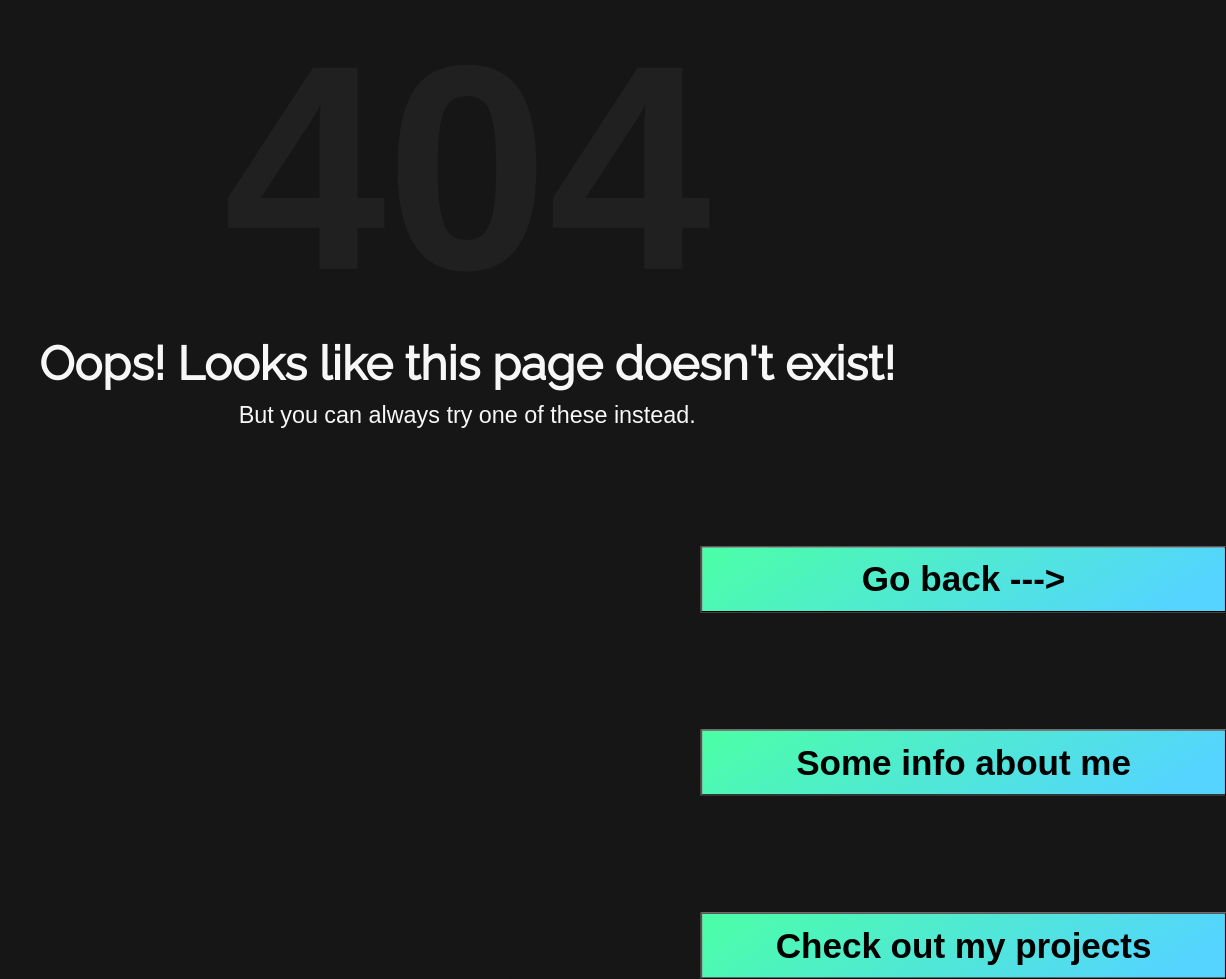
Repository: TeeJaysDev/Portfolio
Page: 404.html
These files come from the project's save history. The page is drawn as it stood at one moment and after a run of saves; the edit follows.
The browser window is 1280 px wide. The page is 1680 px wide, then 1280 px, so the pictures cover 1680 px, including what lies to the right of the window. The pictures show the whole page, at 73% of full size.

Above is the page before, as saved 2021-08-26 22:02:03.

After the next 2 saves:
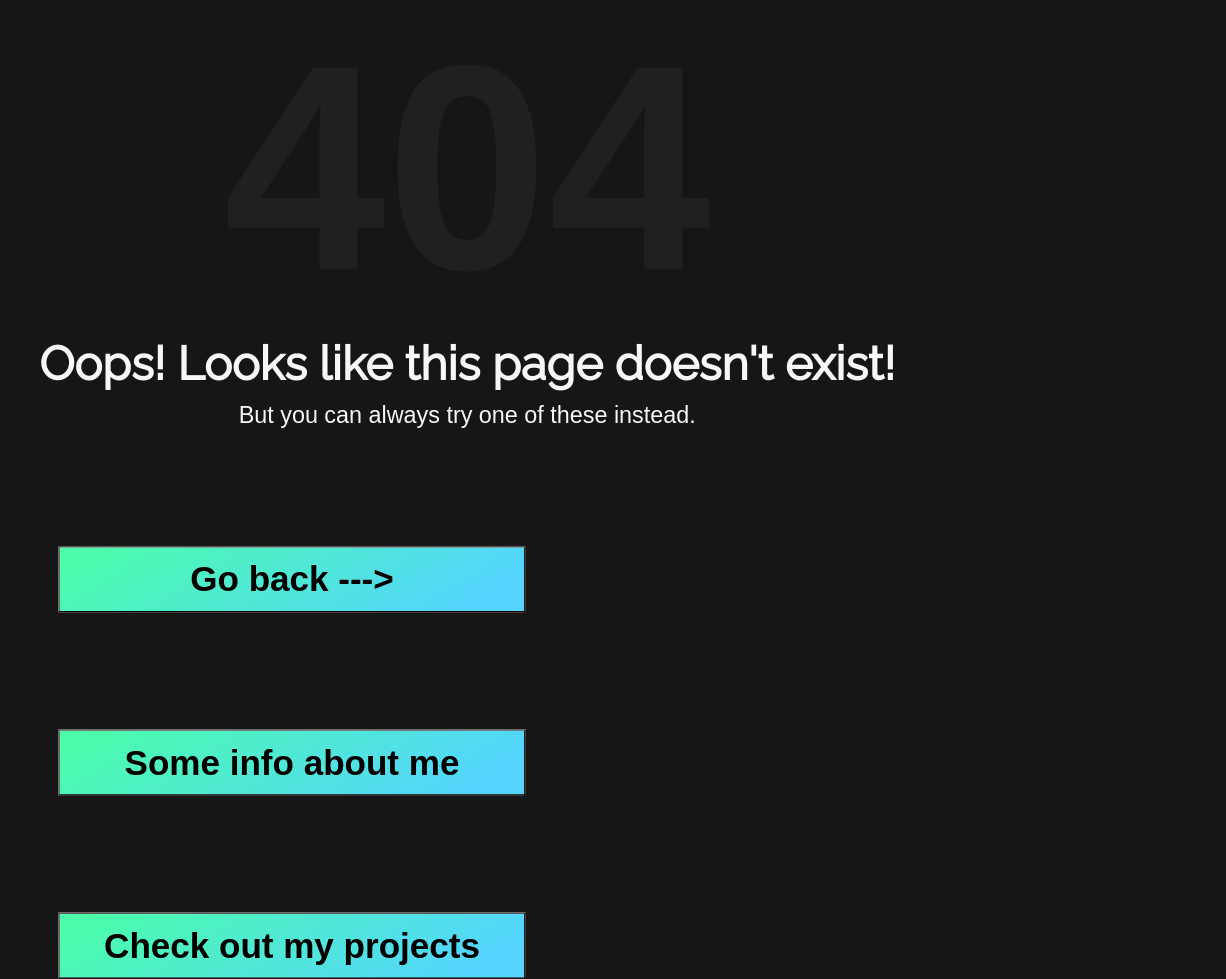
The 2 saves are shown as one change because they came seconds apart.
The last was saved 7 s later.
--- a/404.css
+++ b/404.css
@@ -49,10 +49,10 @@ button a {
 
 button {
     padding: 1rem 2rem 1rem 2rem;
-    width: 45rem;
+    width: 40rem;
     font-weight: bold;
     text-align: center;
-    margin-left: 60rem;
+    margin-left: 5rem;
     margin-top: 10rem;
     background-image: linear-gradient(147deg, #4bffa5, #54d4ff 90%);
     color: #000000;
